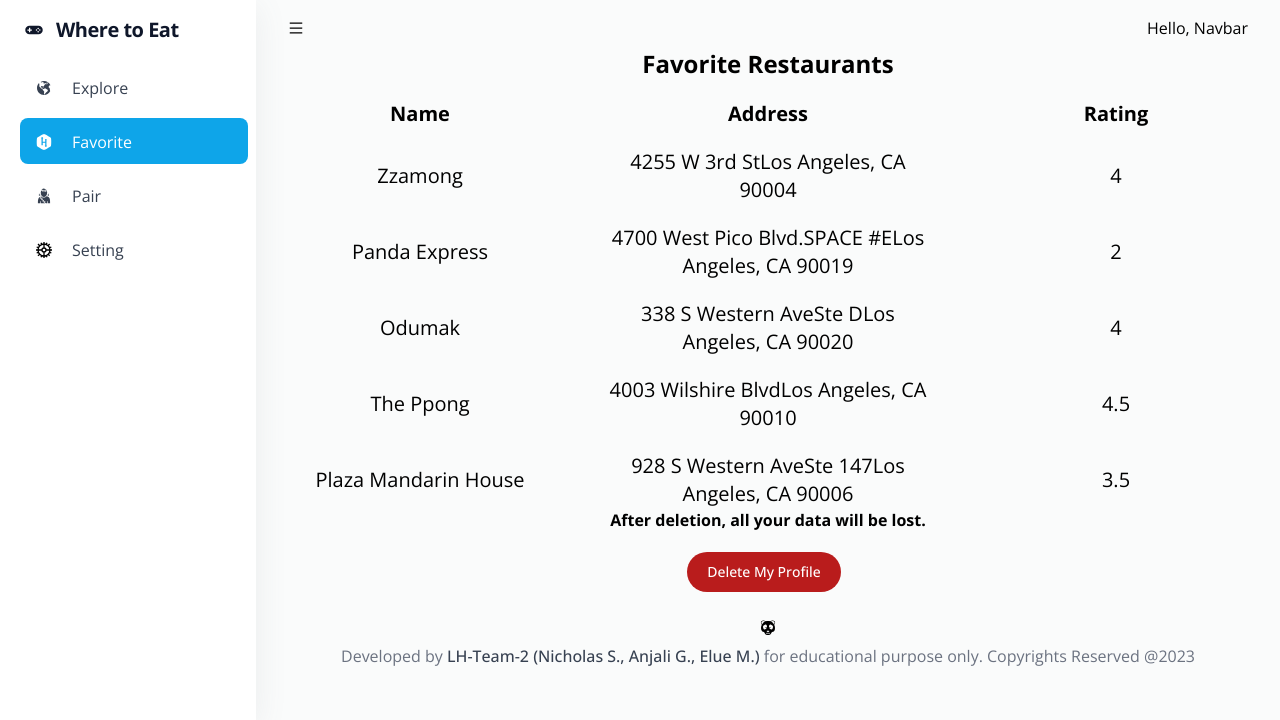
Repository: n-shen/where-to-eat
Page: /favorite (app in client/)
These files come from the project's save history. The page is drawn as it stood at one moment and after the next save; the edit follows.
The browser window is 1280 px wide. The pictures show the whole page.
The page's requests for data from a server got no answer. The project was rebuilt for these pictures with package versions that can differ from the ones it lists, and the page was loaded fresh each time. No one was signed in, and anything a server would have sent is missing. Also part of the build but not shown: client/src/data/cities.js, client/src/components/SearchForm.jsx, client/src/components/SearchResult.jsx, client/src/components/room.jsx, client/src/components/Room/Chat.jsx, client/src/components/Room/Selection.jsx, client/src/components/Room/Intro.jsx, client/src/components/Room/Game.jsx and 5 more.

Above is the page before, as saved 2023-05-05 20:08:14.

### client/src/index.js
import React from "react";
import ReactDOM from "react-dom/client";
import "./index.css";
import App from "./App";
import { ContextProvider } from "./contexts/ContextProvider";

const root = ReactDOM.createRoot(document.getElementById("root"));
root.render(
  <ContextProvider>
    <App />
  </ContextProvider>
);

### client/src/index.css
@import url('https://fonts.googleapis.com/css2?family=Open+Sans:wght@400;500;600;700&display=swap');

body {
  margin: 0;
  padding:0;
  font-family: "Open Sans", sans-serif;
}

@tailwind base;
@tailwind components;
@tailwind utilities;

### client/src/App.js
import React, { useEffect } from "react";
import { BrowserRouter, Routes, Route } from "react-router-dom";

import { Navbar, Sidebar, RoomPage } from "./components";
import {Favorite, Home} from "./pages";

import { useStateContext } from "./contexts/ContextProvider";
import "./App.css";

// import axios from "axios";

function App() {
  const { shared_info, activeMenu } = useStateContext();

  // const baseURL = shared_info.baseURL;

  return (
      <div>
        <BrowserRouter>
          <div className="flex relative dark:bg-main-dark-bg">
            {activeMenu ? (
                <div className="w-64 fixed sidebar dark:bg-secondary-dark-bg bg-white">
                  <Sidebar />
                </div>
            ) : (
                <div className="w-0 dark:bg-secondary-dark-bg">
                  <Sidebar />
                </div>
            )}

            <div
                className={`dark:bg-main-bg bg-main-bg min-h-screen w-full ${
                    activeMenu ? "md:ml-64" : " flex-2"
                }`}
            >
              <div className="fixed md:static bg-main-bg dark:bg-main-dark-bg navbar w-full">
                <Navbar />
              </div>

              <div>
                <Routes>
                  <Route path="/" element={<Home />}></Route>
                  <Route path="/favorite" element={<Favorite />}></Route>
                  <Route path="/room" element={<RoomPage />}></Route>
                </Routes>
              </div>
            </div>
          </div>
        </BrowserRouter>
      </div>
  );
}

export default App;

### client/src/contexts/ContextProvider.jsx
import React, { createContext, useContext, useState } from "react";
import { io } from "socket.io-client";

const StateContext = createContext();

const shared_info = {
  serverURL: "http://localhost:8080",
  apiURL: "http://localhost:8080/api/v1",
};

const socket = io(shared_info.serverURL);

export const ContextProvider = ({ children }) => {
  const [screenSize, setScreenSize] = useState(undefined);
  const [activeMenu, setActiveMenu] = useState(true);
  const [userProfile, setUserProfile] = useState(undefined);
  const [gameBegin, setGameBegin] = useState(false);
  const [gameIntroBegin, setGameIntroBegin] = useState(false);
  const [selectionBegin, setSelectionBegin] = useState(false);
  const [waiting, setWaiting] = useState(false);
  const [partnerReady, setPartnerReady] = useState(false);
  const [partnerAction, setPartnerAction] = useState("");
  const [displayCross, setDisplayCross] = useState(false);
  const [displayFinal, setDisplayFinal] = useState("");

  const [localStore, setLocalStore] = useState(null);

  const [queryResults, setQueryResults] = useState(null);

  return (
    <StateContext.Provider
      value={{
        socket,
        shared_info,
        userProfile,
        setUserProfile,
        activeMenu,
        setActiveMenu,
        screenSize,
        setScreenSize,
        selectionBegin,
        setSelectionBegin,
        waiting,
        setWaiting,
        gameIntroBegin,
        setGameIntroBegin,
        gameBegin,
        setGameBegin,
        partnerReady,
        setPartnerReady,
        partnerAction,
        setPartnerAction,
        displayCross,
        setDisplayCross,
        displayFinal,
        setDisplayFinal,
        queryResults,
        setQueryResults,
        localStore,
        setLocalStore,
      }}
    >
      {children}
    </StateContext.Provider>
  );
};

export const useStateContext = () => useContext(StateContext);

### client/src/components/index.js
export { default as Navbar } from "./Navbar";
export { default as Sidebar } from "./Sidebar";
export { default as Footer } from "./Footer";
export { default as SearchForm } from "./SearchForm";
export { default as SearchResult } from "./SearchResult";
export { default as RoomPage } from "./room";
export { default as Room } from "./Room/Room";

### client/src/pages/index.jsx
export { default as Home } from "./Home";
export { default as Favorite } from "./Favorite";

### client/src/App.css
.sidebar {
  box-shadow: rgb(113 122 131 / 11%) 0px 7px 30px 0px;
}
.nav-item,
.navbar {
  z-index: 10000;
}
@media  screen and (max-width:800px) {
  .sidebar{
    z-index: 10000000;
  }
}

.e-dlg-center-center, .e-quick-popup-wrapper.e-device{
  z-index: 1000000 !important;
}

::-webkit-scrollbar {
  width: 6px;
}
::-webkit-scrollbar-thumb {
  background-color: rgb(216, 216, 216);
  border-radius: 40px;
}
::-webkit-scrollbar-track {
  background-color: transparent;
}

/* color-picker style  */

#preview {
  background: transparent
  url('https://ej2.syncfusion.com/react/demos/src/color-picker/images/pen.png')
  no-repeat;
  display: inline-block;
  height: 80px;
  margin: 10px 0;
  min-width: 300px;
  max-width: 600px;
  background-color: #008000;
}

.e-input-group:not(.e-float-icon-left), .e-input-group.e-success:not(.e-float-icon-left), .e-input-group.e-warning:not(.e-float-icon-left), .e-input-group.e-error:not(.e-float-icon-left), .e-input-group.e-control-wrapper:not(.e-float-icon-left), .e-input-group.e-control-wrapper.e-success:not(.e-float-icon-left), .e-input-group.e-control-wrapper.e-warning:not(.e-float-icon-left), .e-input-group.e-control-wrapper.e-error:not(.e-float-icon-left){
  border: none;
}

### client/src/components/Navbar.jsx
import React, { useEffect } from "react";
import { useStateContext } from "../contexts/ContextProvider";
import { AiOutlineMenu } from "react-icons/ai";

const Navbar = () => {
    const { activeMenu, setActiveMenu, setScreenSize, screenSize, userProfile } =
        useStateContext();

    useEffect(() => {
        const handleResize = () => setScreenSize(window.innerWidth);

        window.addEventListener("resize", handleResize);

        handleResize();

        return () => window.removeEventListener("resize", handleResize);
    }, [setScreenSize]);

    useEffect(() => {
        if (screenSize <= 900) {
            setActiveMenu(false);
        } else {
            setActiveMenu(true);
        }
    }, [screenSize, setScreenSize, setActiveMenu]);

    const handleActiveMenu = () => setActiveMenu(!activeMenu);

    return (
        <div className="mt-2 flex justify-between p-2 md:ml-6 md:mr-6 relative">
            <button onClick={handleActiveMenu}>
                <AiOutlineMenu />
            </button>
            <div>
                <p className={screenSize >= 900 ? "" : "text-xs"}>Hello, Navbar</p>
                {userProfile && (
                    <div className="flex items-center gap-2 p-1 rounded-lg text-right">
                        <p className={screenSize >= 900 ? "" : "text-xs"}>
                            <span className="text-gray-400 text-14">Hi,</span>{" "}
                            <span className="text-gray-400 font-bold ml-1 text-14">
                {userProfile["name"]}
              </span>{" "}
                            <span className="text-gray-400 text-14">from</span>
                            <span className="text-gray-400 font-bold ml-1 text-14">
                {userProfile["city"]}
              </span>{" "}
                        </p>
                    </div>
                )}
            </div>
        </div>
    );
};

export default Navbar;

### client/src/components/Sidebar.jsx
import React from "react";
import { Link, NavLink } from "react-router-dom";
import { GiEarthAmerica, GiFrankensteinCreature } from "react-icons/gi";
import { GrSettingsOption } from "react-icons/gr";
import { IoLogoGameControllerA } from "react-icons/io";
import { FaHackerrank } from "react-icons/fa";
import { MdOutlineCancel } from "react-icons/md";
import { useStateContext } from "../contexts/ContextProvider";

const Sidebar = () => {
    const { activeMenu, setActiveMenu, screenSize } = useStateContext();

    const handleCloseSideBar = () => {
        if (activeMenu !== undefined && screenSize <= 900) {
            setActiveMenu(false);
        }
    };

    const activeLink =
        "flex items-center gap-5 pl-4 pt-3 pb-2.5 rounded-lg text-white text-md m-2 bg-sky-500/100";
    const normalLink =
        "flex items-center gap-5 pl-4 pt-3 pb-2.5 rounded-lg text-md text-gray-700 dark:text-gray-200 dark:hover:text-black hover:bg-light-gray m-2";

    return (
        <div className="ml-3 h-screen md:overflow-hidden overflow-auto md:hover:overflow-auto pb-10">
            {activeMenu && (
                <>
                    <div className="flex justify-between items-center">
                        <Link
                            to="/"
                            onClick={handleCloseSideBar}
                            className="items-center gap-3 ml-3 mt-4 flex text-xl font-extrabold tracking-tight dart:text-white text-slate-900"
                        >
                            <IoLogoGameControllerA />
                            <span>Where to Eat</span>
                        </Link>

                        <div>
                            <button
                                type="button"
                                onClick={() => setActiveMenu(!activeMenu)}
                                className="text-xl rounded-full p-3 hover:bg-light-gray mt-4 block md:hidden"
                            >
                                <MdOutlineCancel />
                            </button>
                        </div>
                    </div>
                    <div className="mt-5">
                        <NavLink
                            to="/"
                            key="Home"
                            onClick={handleCloseSideBar}
                            className={({ isActive }) => (isActive ? activeLink : normalLink)}
                        >
                            <GiEarthAmerica />
                            <span>Explore</span>
                        </NavLink>

                        <NavLink
                            to="/favorite"
                            key="Favorite"
                            onClick={handleCloseSideBar}
                            className={({ isActive }) => (isActive ? activeLink : normalLink)}
                        >
                            <FaHackerrank />
                            <span>Favorite</span>
                        </NavLink>

                        <NavLink
                            to="/room"
                            key="RoomPage"
                            onClick={handleCloseSideBar}
                            className={({ isActive }) => (isActive ? activeLink : normalLink)}
                        >
                            <GiFrankensteinCreature />
                            <span>Pair</span>
                        </NavLink>

                        <NavLink
                            to="/setting"
                            key="Setting"
                            onClick={handleCloseSideBar}
                            className={({ isActive }) => (isActive ? activeLink : normalLink)}
                        >
                            <GrSettingsOption />
                            <span>Setting</span>
                        </NavLink>
                    </div>
                </>
            )}
        </div>
    );
};

export default Sidebar;

### client/src/components/Footer.jsx
import React from "react";
import { GiPanda } from "react-icons/gi";

const Footer = () => {
    return (
        <div className="mt-5 mb-5 ">
            <div className="flex justify-center mb-2">
                <GiPanda />
            </div>

            <p className="text-center text-gray-500 dark:text-gray-400">
                Developed by{" "}
                <span className="font-medium text-gray-700 dark:text-blue-500 hover:no-underline">
          LH-Team-2 (Nicholas S., Anjali G., Elue M.)
        </span>{" "}
                for educational purpose only. Copyrights Reserved @2023
            </p>
        </div>
    );
};

export default Footer;

### client/src/pages/Favorite.jsx
import React, { useState } from "react";
import { useStateContext } from "../contexts/ContextProvider";
import { Footer } from "../components";
import axios from "axios";

export const restaurants = [
  {
    id: 1,
    name: "Zzamong",
    image:
      "https://s3-media2.fl.yelpcdn.com/bphoto/6AUVIwPCv8wCZ9FYeCfocw/o.jpg",
    address: ["4255 W 3rd St", "Los Angeles, CA 90004"],
    rating: "4",
  },
  {
    id: 2,
    name: "Panda Express",
    image:
      "https://s3-media4.fl.yelpcdn.com/bphoto/44dT6JEXkhMrtUcps1a5jw/o.jpg",
    address: ["4700 West Pico Blvd.", "SPACE #E", "Los Angeles, CA 90019"],
    rating: "2",
  },
  {
    id: 3,
    name: "Odumak",
    image:
      "https://s3-media1.fl.yelpcdn.com/bphoto/hKaezVO6_0F50RXmfH7WBQ/o.jpg",
    address: ["338 S Western Ave", "Ste D", "Los Angeles, CA 90020"],
    rating: "4",
  },
  {
    id: 4,
    name: "The Ppong",
    image:
      "https://s3-media3.fl.yelpcdn.com/bphoto/Li5i5N_Y7VwLTsJvLA2pKw/o.jpg",
    address: ["4003 Wilshire Blvd", "Los Angeles, CA 90010"],
    rating: "4.5",
  },
  {
    id: 5,
    name: "Plaza Mandarin House",
    image:
      "https://s3-media1.fl.yelpcdn.com/bphoto/1nVrf8ItPD0dF_97JGQEzw/o.jpg",
    address: ["928 S Western Ave", "Ste 147", "Los Angeles, CA 90006"],
    rating: "3.5",
  },
];

const Favorite = () => {
  const { shared_info, screenSize, userProfile } = useStateContext();
  const baseURL = shared_info.baseURL;

  return (
    <div className={screenSize >= 900 ? "mt-0" : "mt-16"}>
      <h1 className="text-center font-bold text-2xl mb-5">
        Favorite Restaurants
      </h1>
      <FavoriteList />
      <h2 className="text-center font-bold">
        After deletion, all your data will be lost.
      </h2>
      <div className="flex justify-center">
        <button
          type="button"
          className="mt-5 text-white bg-red-700 hover:bg-red-800 focus:outline-none focus:ring-4 focus:ring-red-300 font-medium rounded-full text-sm px-5 py-2.5 text-center mr-2 mb-2 dark:bg-red-600 dark:hover:bg-red-700 dark:focus:ring-red-900"
        >
          Delete My Profile
        </button>
      </div>

      <Footer />
    </div>
  );
};

export default Favorite;

export const FavoriteList = () => {
  return (
    <div className="grid grid-cols-3 gap-5">
    <h2 className="flex items-center justify-center gap-3 text-xl font-bold text-center">Name</h2>
    <h2 className="flex items-center justify-center gap-3 text-xl font-bold text-center">Address</h2>
    <h2 className="flex items-center justify-center gap-3 text-xl font-bold text-center">Rating</h2>
    {restaurants.map((restaurant) => (
      <React.Fragment key={restaurant.id}>
        <p className="flex items-center justify-center gap-3 text-xl text-center">{restaurant.name}</p>
        <p className="flex items-center justify-center gap-3 text-xl text-center">{restaurant.address}</p>
        <p className="flex items-center justify-center gap-3 text-xl text-center">{restaurant.rating}</p>
      </React.Fragment>
    ))}
  </div>

  );
};

### client/tailwind.config.js
/** @type {import('tailwindcss').Config} */
module.exports = {
    content: ["./src/**/*.{js,jsx,ts,tsx}"],
    darkMode: "class",
    theme: {
        fontFamily: {
            display: ["Open Sans", "sans-serif"],
            body: ["Open Sans", "sans-serif"],
        },
        extend: {
            fontSize: {
                14: "14px",
            },
            backgroundColor: {
                "main-bg": "#FAFBFB",
                "main-dark-bg": "#20232A",
                "secondary-dark-bg": "#33373E",
                "light-gray": "#F7F7F7",
                "half-transparent": "rgba(0, 0, 0, 0.5)",
            },
            borderWidth: {
                1: "1px",
            },
            borderColor: {
                color: "rgba(0, 0, 0, 0.1)",
            },
            width: {
                400: "400px",
                760: "760px",
                780: "780px",
                800: "800px",
                1000: "1000px",
                1200: "1200px",
                1400: "1400px",
            },
            height: {
                80: "80px",
            },
            minHeight: {
                590: "590px",
            },
        },
    },
    plugins: [],
};

Loaded but not shown: client/public/index.html (common file)

After the next save:
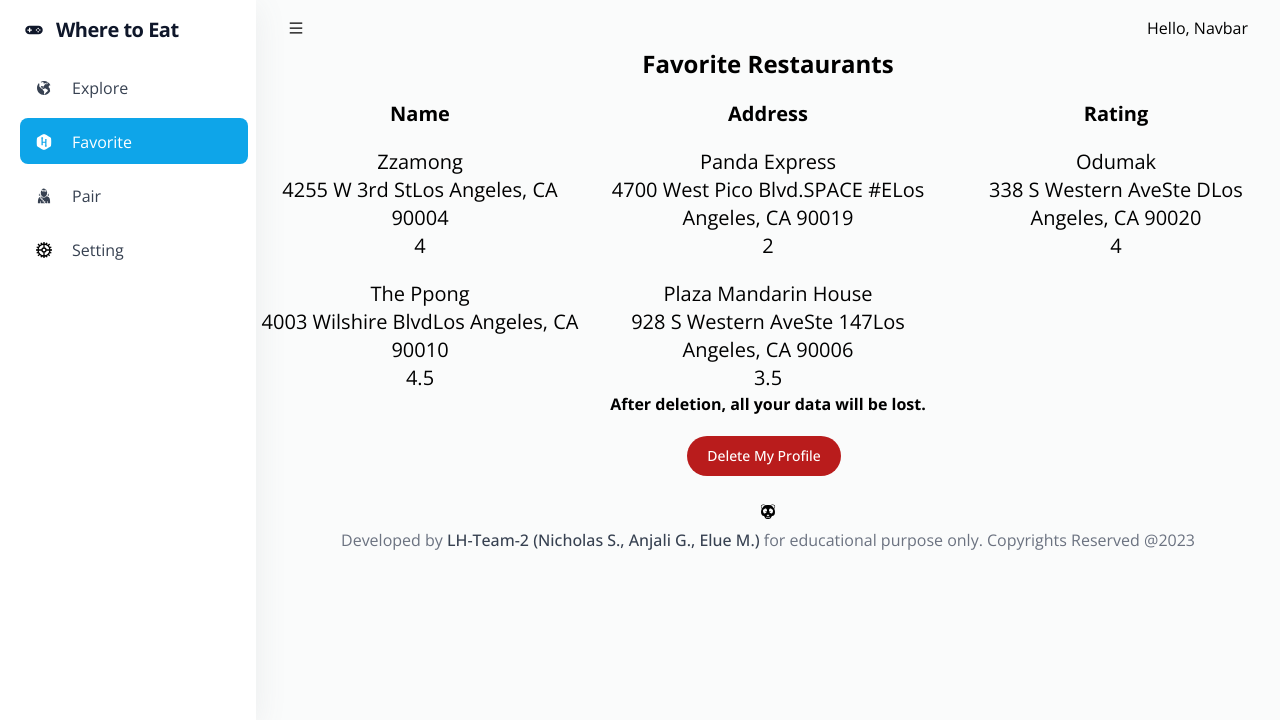
Saved 18 s later.
--- a/client/src/pages/Favorite.jsx
+++ b/client/src/pages/Favorite.jsx
@@ -82,11 +82,11 @@
     <h2 className="flex items-center justify-center gap-3 text-xl font-bold text-center">Address</h2>
     <h2 className="flex items-center justify-center gap-3 text-xl font-bold text-center">Rating</h2>
     {restaurants.map((restaurant) => (
-      <React.Fragment key={restaurant.id}>
+      <div key={restaurant.id}>
         <p className="flex items-center justify-center gap-3 text-xl text-center">{restaurant.name}</p>
         <p className="flex items-center justify-center gap-3 text-xl text-center">{restaurant.address}</p>
         <p className="flex items-center justify-center gap-3 text-xl text-center">{restaurant.rating}</p>
-      </React.Fragment>
+      </div>
     ))}
   </div>
 

After the save that followed:
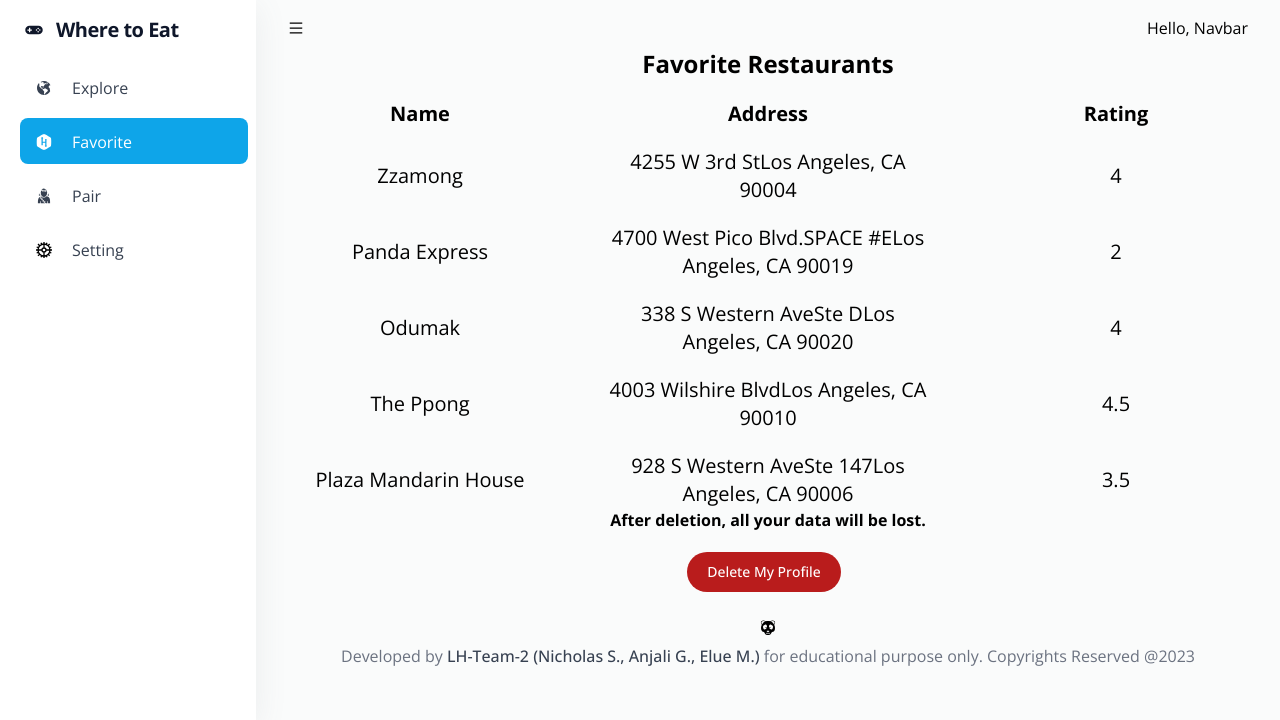
Saved 26 s later.
--- a/client/src/pages/Favorite.jsx
+++ b/client/src/pages/Favorite.jsx
@@ -82,11 +82,11 @@
     <h2 className="flex items-center justify-center gap-3 text-xl font-bold text-center">Address</h2>
     <h2 className="flex items-center justify-center gap-3 text-xl font-bold text-center">Rating</h2>
     {restaurants.map((restaurant) => (
-      <div key={restaurant.id}>
+      <React.Fragment key={restaurant.id}>
         <p className="flex items-center justify-center gap-3 text-xl text-center">{restaurant.name}</p>
         <p className="flex items-center justify-center gap-3 text-xl text-center">{restaurant.address}</p>
         <p className="flex items-center justify-center gap-3 text-xl text-center">{restaurant.rating}</p>
-      </div>
+      </React.Fragment>
     ))}
   </div>
 
